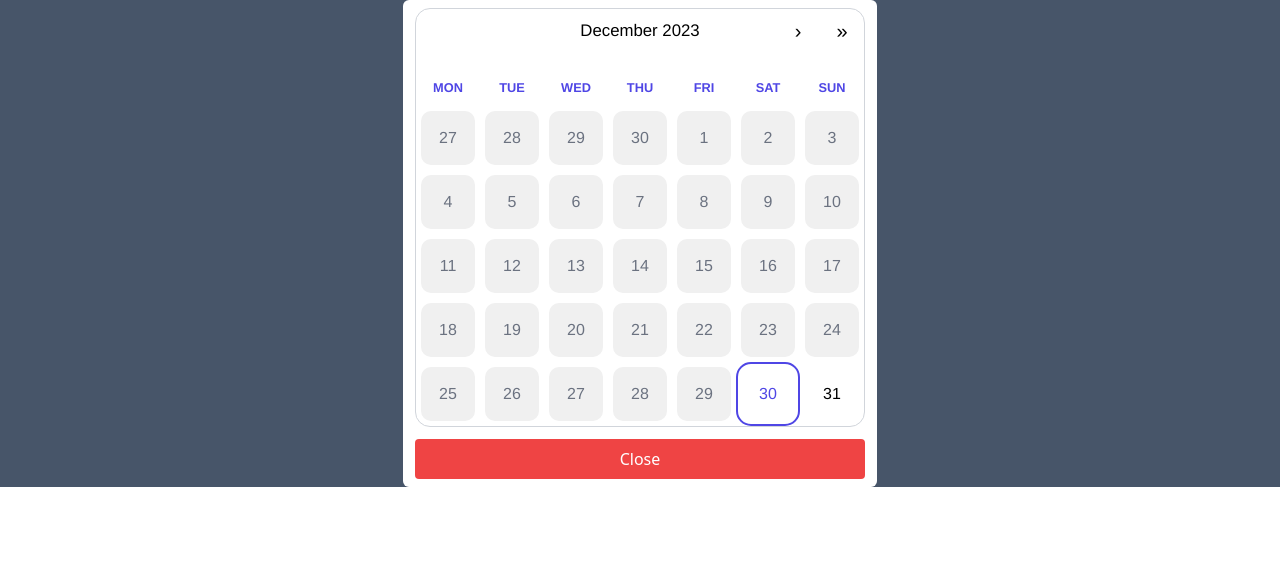
Repository: ImedBousakhria/appointment_system_prototype
Page: /, after clicking the first element matching `h2`
These files come from the project's save history. The page is drawn as it stood at one moment and after the next save; the edit follows.
The browser window is 1280 px wide. The pictures show the whole page.
The project was rebuilt for these pictures with package versions that can differ from the ones it lists, and the page was loaded fresh each time. Also part of the build but not shown: vite.config.js.

Above is the page before, as saved 2024-01-04 00:08:08.

After the next save:
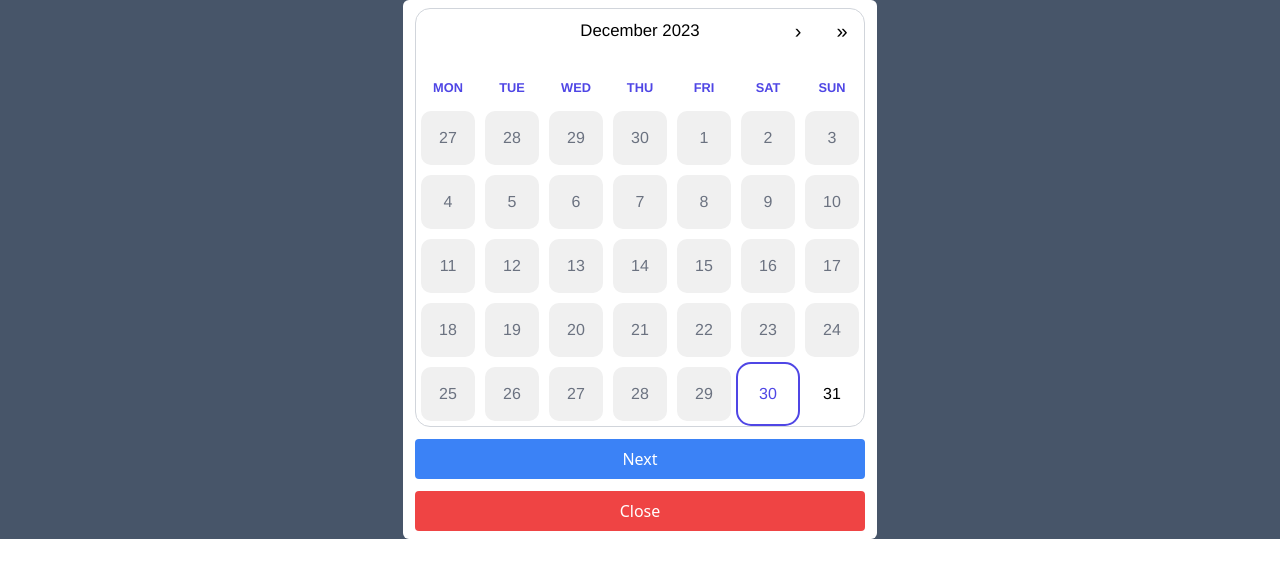
Saved 2 min 19 s later.
--- a/src/Calendar.jsx
+++ b/src/Calendar.jsx
@@ -181,6 +181,18 @@ export const Calendar = () => {
               view="month"
               onClickDay={handleDateClick}
             />
+            <motion.button
+              onClick={handleNextButtonClick}
+              className="mt-3 bg-blue-500 text-white p-2 rounded"
+              initial={{ opacity: 0, y: -20 }}
+              animate={{
+                opacity: 1,
+                y: 0,
+                transition: { type: "spring", stiffness: 300 },
+              }}
+            >
+              Next
+            </motion.button>
             <button
               onClick={handleCalendarClose}
               className="mt-3 bg-red-500 text-white p-2 rounded"
@@ -188,20 +200,6 @@ export const Calendar = () => {
               Close
             </button>
           </motion.div>
-        )}
-        {date.justDate && !showTimeSelection && (
-          <motion.button
-            onClick={handleNextButtonClick}
-            className="mt-3 bg-blue-500 text-white p-2 rounded"
-            initial={{ opacity: 0, x: -20 }}
-            animate={{
-              opacity: 1,
-              x: 0,
-              transition: { type: "spring", stiffness: 300 },
-            }}
-          >
-            Next
-          </motion.button>
         )}
       </div>
       {date.justDate && showTimeSelection && (
